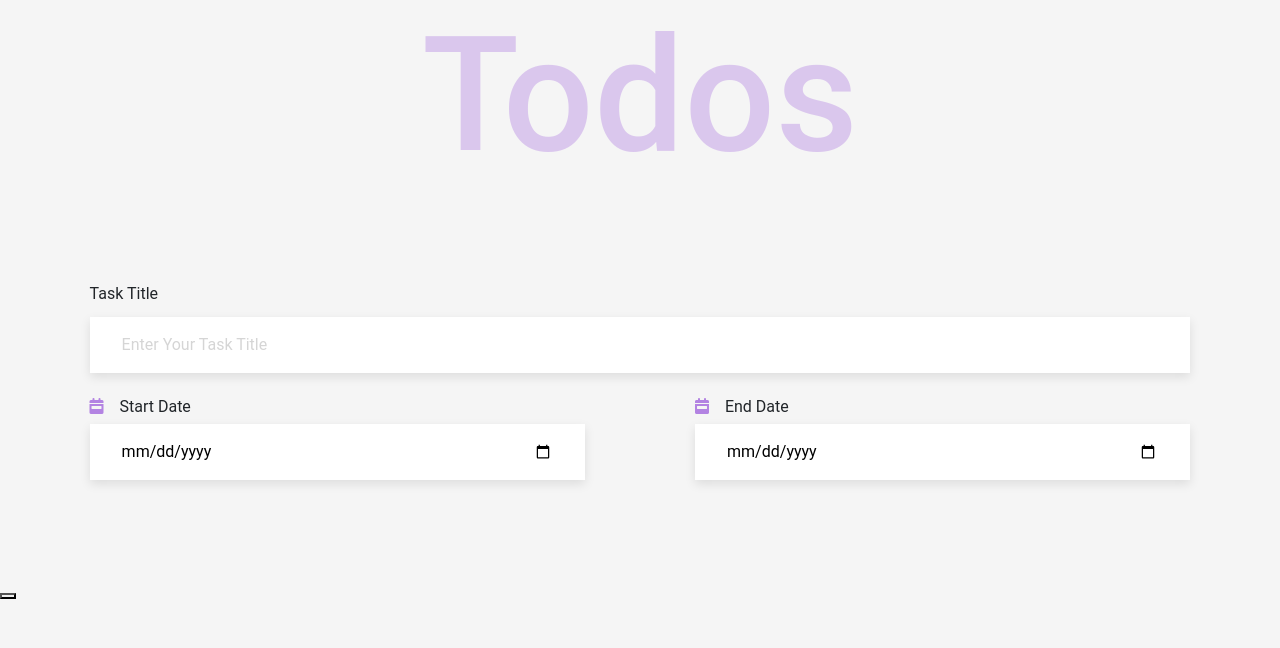
Repository: Surahailat/TypeScript
Page: Mini project 10-3/Project-TS.html
The author's editor kept a copy of each file at every save. The page is drawn from the files as they stood at one save, then again after a run of saves.
The browser window is 1280 px wide. The pictures show the whole page.

Above is the page before, as saved 2025-03-10 13:48:15.

After the next 5 saves:
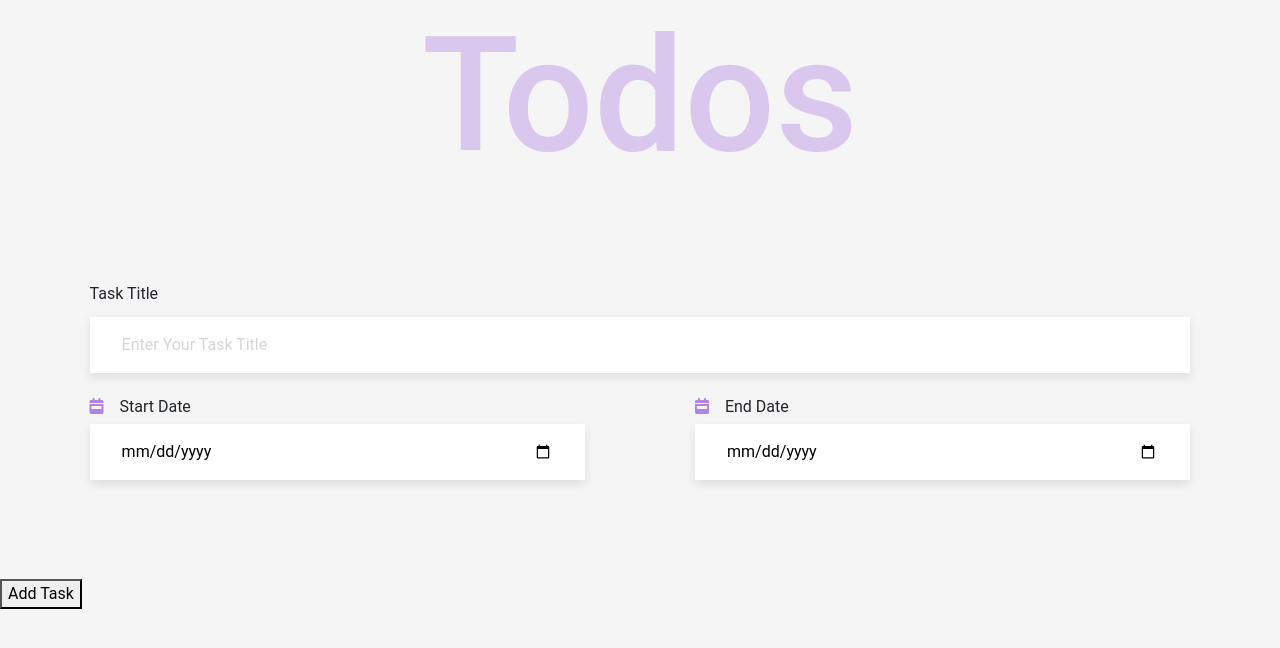
The 5 saves are shown as one change because they came seconds apart.
The last was saved 16 s later.
--- a/Mini project 10-3/Project-TS.html
+++ b/Mini project 10-3/Project-TS.html
@@ -75,7 +75,7 @@
             </div>
         </div>
     </div>
-<button></button>
+<button type="submit" >Add Task</button>
 
     <script src="https://cdn.jsdelivr.net/npm/bootstrap@5.3.3/dist/js/bootstrap.bundle.min.js" integrity="sha384-YvpcrYf0tY3lHB60NNkmXc5s9fDVZLESaAA55NDzOxhy9GkcIdslK1eN7N6jIeHz" crossorigin="anonymous"></script>
 
